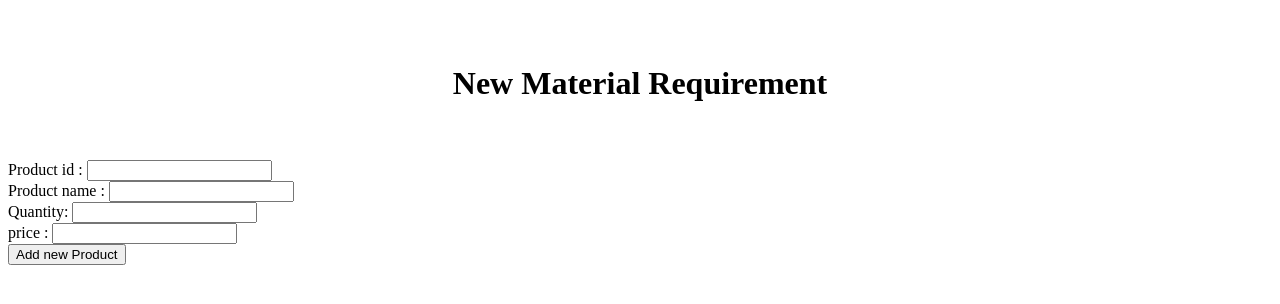
Repository: Nilesh-Parit/J2EE
Page: http://localhost/SpringMvcCrud/WEB-INF/views/addproduct.jsp
These files come from the project's save history. The page is drawn as it stood at one moment and after the next save; the edit follows.
The browser window is 1280 px wide. The pictures show the whole page.
The page is served by Tomcat 9. Nobody is signed in. Other server files are loaded and not shown. The template is opened directly, without the code that normally fills it, so the values that code supplies are empty.

Above is the page before, as saved 2024-01-12 03:39:41.

### Spring/SpringMvcCrud/src/main/webapp/WEB-INF/views/addproduct.jsp
<%@ page language="java" contentType="text/html; charset=ISO-8859-1"
    pageEncoding="ISO-8859-1"%>
<!DOCTYPE html>
<html>
<style>
h1 {text-align: center;}
p {text-align: center;}
div {text-align: center;}
</style>
<head>
<meta charset="ISO-8859-1">
<title>Insert title here</title>
</head>
<body><br><br>
 <h1>New Material Requirement</h1><br><br>
   <form action="insertProduct" method="post">
       Product id : <input type="text" name="pid" id="pid"><br>
       Product name : <input type="text" name="pname" id="pname"><br>
       Quantity: <input type="text" name="qty" id="qty"><br>
       price : <input type="text" name="price" id="price"><br>
       <button type="submit" name="btn" id="btn">Add new Product</button>
   </form>
</body>
</html>

After the next save:
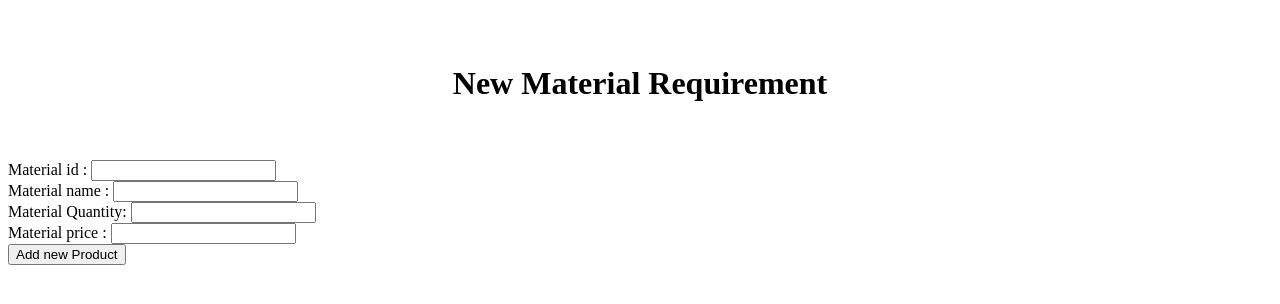
Saved 32 s later.
--- a/Spring/SpringMvcCrud/src/main/webapp/WEB-INF/views/addproduct.jsp
+++ b/Spring/SpringMvcCrud/src/main/webapp/WEB-INF/views/addproduct.jsp
@@ -14,10 +14,10 @@ div {text-align: center;}
 <body><br><br>
  <h1>New Material Requirement</h1><br><br>
    <form action="insertProduct" method="post">
-       Product id : <input type="text" name="pid" id="pid"><br>
-       Product name : <input type="text" name="pname" id="pname"><br>
-       Quantity: <input type="text" name="qty" id="qty"><br>
-       price : <input type="text" name="price" id="price"><br>
+       Material id : <input type="text" name="pid" id="pid"><br>
+       Material name : <input type="text" name="pname" id="pname"><br>
+       Material Quantity: <input type="text" name="qty" id="qty"><br>
+       Material price : <input type="text" name="price" id="price"><br>
        <button type="submit" name="btn" id="btn">Add new Product</button>
    </form>
 </body>
